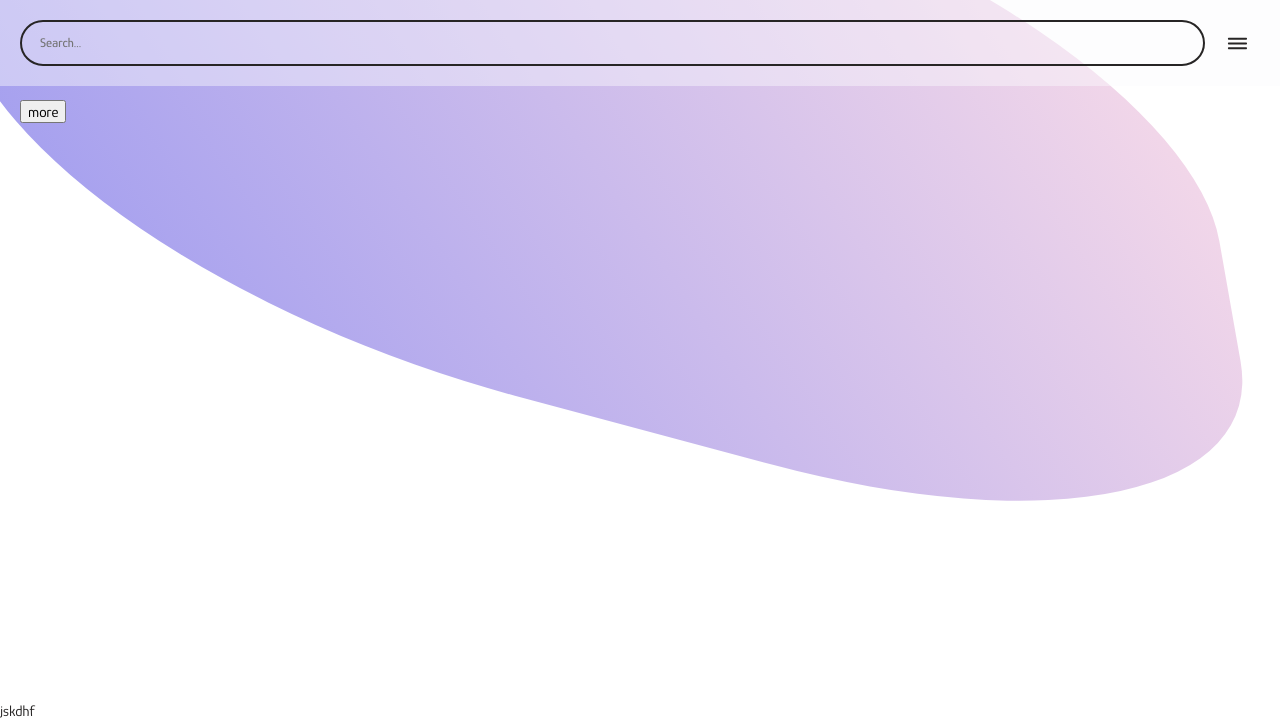
Repository: Axeliriya/my-test
Page: /
The author's editor kept a copy of each file at every save. The page is drawn from the files as they stood at one save, then again after the next save.
The browser window is 1280 px wide. The page is 1283 px wide, so the pictures cover 1283 px, including what lies to the right of the window. The pictures show the whole page.
The page's requests for data from a server got no answer. The project was rebuilt for these pictures with package versions that can differ from the ones it lists, and the page was loaded fresh each time. No one was signed in, and anything a server would have sent is missing. Also part of the build but not shown: src/components/ProductList/ProductList.tsx, src/components/ProductItem/ProductItem.tsx.

Above is the page before, as saved 2022-04-05 15:51:32.

After the next save:
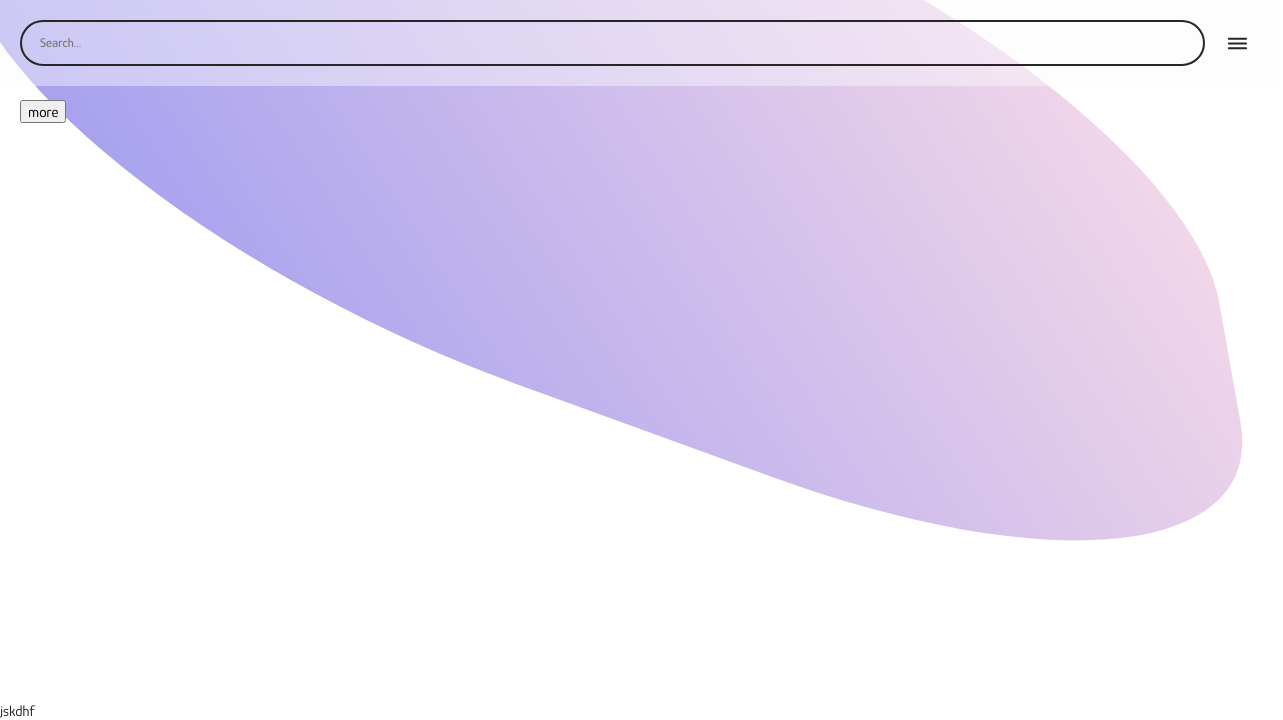
Saved 20 s later.
--- a/src/components/Main/Main.module.scss
+++ b/src/components/Main/Main.module.scss
@@ -13,7 +13,7 @@
   width: 100%;
   height: 300px;
   background: $main-gradient;
-  transform: skew(10deg, 15deg) scale(1, 2);
+  transform: skew(10deg, 20deg) scale(1, 2);
   border-radius: 40%;
   overflow: hidden;
 }
